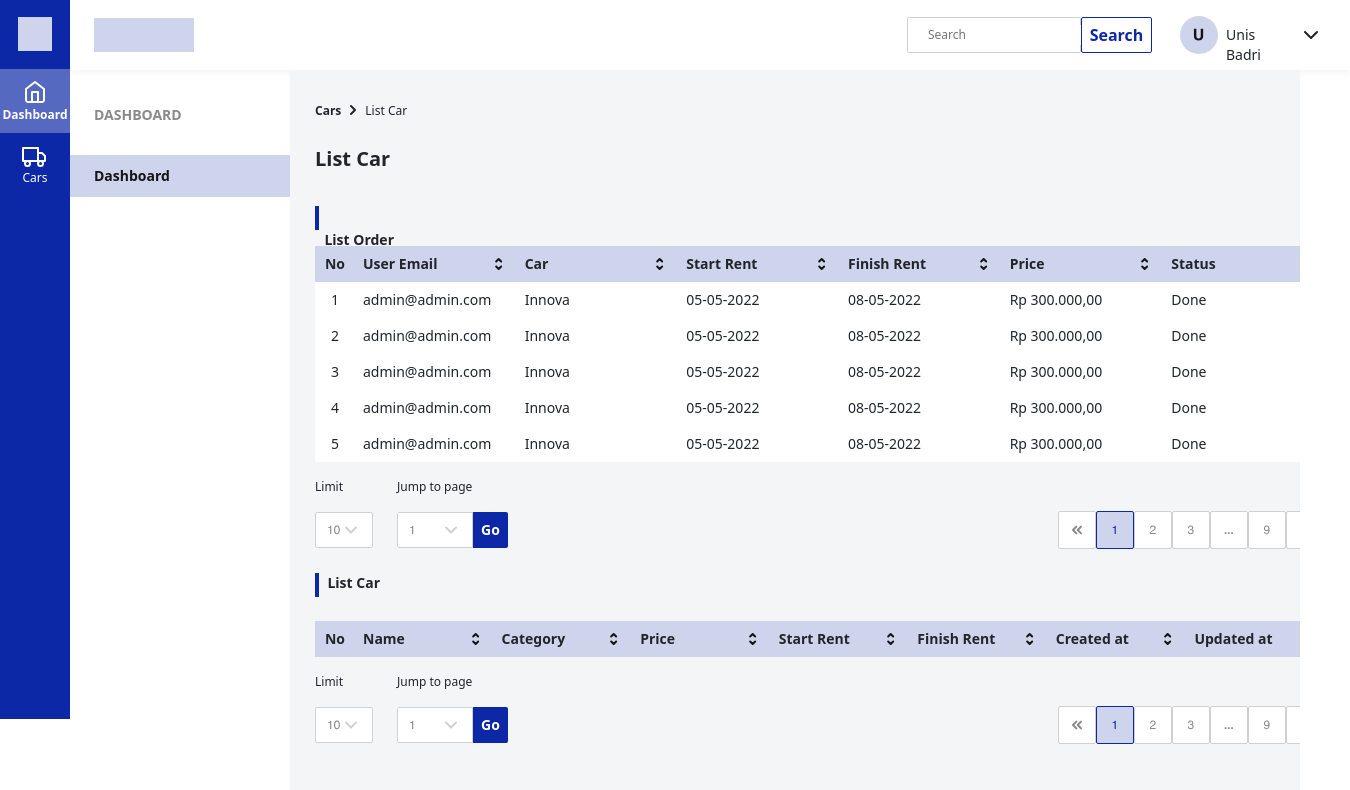
Repository: farrelmuhammad/challenge-7-binar
Page: /carlist
These files come from the project's save history. The page is drawn as it stood at one moment and after a run of saves; the edit follows.
The browser window is 1280 px wide. The page is 1350 px wide, so the pictures cover 1350 px, including what lies to the right of the window. The pictures show the whole page.
The project was rebuilt for these pictures with package versions that can differ from the ones it lists, and the page was loaded fresh each time. Also part of the build but not shown: src/component/navbar.js, src/component/header.js, src/component/footer.js, src/App.js, src/component/admin/Dashboard/index.jsx, src/pages/admin/Dashboard.js, src/component/searchForm.js, src/pages/cars.js.

Above is the page before, as saved 2022-05-27 19:21:05.

### src/index.css
body {
  font-family: Helvetica Neue, Helvetica, Arial, sans-serif;
  font-style: normal;
  font-weight: normal;
  font-size: 14px;
  line-height: 20px;
  margin: 0;
  padding: 0;
}

h1,
h2,
h3,
h4,
h5 {
  line-height: 150%;
}

.header{
  background-color: #F1F3FF;
}

.footer i {
  color: #0D28A6;
  font-size: x-large;
}

.bg-darkblue{
  background-color: #0D28A6;
}

.logo {
  background-color: #0D28A6;
  width: 100px;
  height: 34px;
}

code {
  font-family: source-code-pro, Menlo, Monaco, Consolas, 'Courier New',
    monospace;
}

.card-cari {
  width: 1047px;
  /* height: 106px; */
  margin-top: -50px;
  z-index: 2;
}
.button-cari {
  width: 92px !important;
  margin-top: 30px;
  height: 36px;
}
.activeCari {
  height: 100%;
  width: 0;
  position: fixed;
  z-index: 2;
  top: 0;
  left: 0;
  background-color: rgba(0, 0, 0, 0.5);
  overflow-x: hidden;
  transition: 0.5s;
  padding-top: 34px;
}

### src/component/admin/Navbar.jsx
import { Link } from 'react-router-dom';
import './Navbar.css';

const Navbar = () => {
  return (
    <header>
      {/* navbar top */}
      <div className="nav-top navbar">
        <div className="logo"></div>
        <span
          className="icon-menu iconify"
          data-icon="charm:menu-hamburger"
          data-width="24"
        ></span>
        <form className="nav-search d-flex">
          <div className="box-search">
            <span
              className="iconify"
              data-icon="akar-icons:search"
              data-width="18"
            ></span>
            <input type="search" placeholder="Search" />
          </div>
          <button className="button-search" type="submit">
            Search
          </button>
        </form>
        <div className="profile">
          <img src="img/profile.svg" alt="profile" />
          <p>Unis Badri</p>
          <img className="dropdown" src="img/dropdown.svg" alt="dropdown" />
        </div>
      </div>

      {/* navbar side */}
      <div className="nav-side">
        <div className="nav-blue">
          <div className="square"></div>
          <div className="frame-menu">
            <div className="dash-img" id="active">
              <a href="/dashboard">
                <img src="/img/dashboard.svg" alt="dashboard" />
              </a>
              <a href="/dashboard">Dashboard</a>
            </div>
            <div className="dash-img">
              <Link to="/carlist">
              <a>
                <img src="/img/cars.svg" alt="cars" />
                Cars
              </a>
              </Link>
            </div>
          </div>
        </div>
        <div className="nav-white">
          <div className="title-menu">
            <h1>DASHBOARD</h1>
          </div>
          <div className="list-menu">
            <h1>Dashboard</h1>
          </div>
        </div>
      </div>
    </header>
  );
};

export default Navbar;

### src/component/admin/Cars/index.jsx

import "./Content.css";

const CarsListContent= () => {
  const dataOrder = [
    {
      id: "1",
      email: "admin@admin.com",
      car: "Innova",
      start: "05-05-2022",
      finish: "08-05-2022",
      price: "Rp 300.000,00",
      status: "Done",
    },
    {
      id: "2",
      email: "admin@admin.com",
      car: "Innova",
      start: "05-05-2022",
      finish: "08-05-2022",
      price: "Rp 300.000,00",
      status: "Done",
    },
    {
      id: "3",
      email: "admin@admin.com",
      car: "Innova",
      start: "05-05-2022",
      finish: "08-05-2022",
      price: "Rp 300.000,00",
      status: "Done",
    },
    {
      id: "4",
      email: "admin@admin.com",
      car: "Innova",
      start: "05-05-2022",
      finish: "08-05-2022",
      price: "Rp 300.000,00",
      status: "Done",
    },
    {
      id: "5",
      email: "admin@admin.com",
      car: "Innova",
      start: "05-05-2022",
      finish: "08-05-2022",
      price: "Rp 300.000,00",
      status: "Done",
    },
  ];


  return (
    <>
      <div className="content">
        <div className="breadcrumb">
          <h1>Cars</h1>
          <img src="img/arrow-right.svg" alt="arrow-right" />
          <p>List Car</p>
        </div>
        <h1 className="title-h1">List Car</h1>
        <div className="list-order">
          <img src="img/line-blue.svg" alt="" />
          <h1>List Order</h1>
        </div>

        {/* order table */}
        <div className="list-table">
          <table className="table table-borderless" id="dashTab">
            <thead>
              <tr>
                <th style={{ textAlign: "center" }}>No</th>
                <th>
                  User Email
                  <img className="sort" src="img/sort.svg" alt="sort" />
                </th>
                <th>
                  Car
                  <img className="sort" src="img/sort.svg" alt="sort" />
                </th>
                <th>
                  Start Rent
                  <img className="sort" src="img/sort.svg" alt="sort" />
                </th>
                <th>
                  Finish Rent
                  <img className="sort" src="img/sort.svg" alt="sort" />
                </th>
                <th>
                  Price
                  <img className="sort" src="img/sort.svg" alt="sort" />
                </th>
                <th>
                  Status
                  <img className="sort" src="img/sort.svg" alt="sort" />
                </th>
              </tr>
            </thead>
            <tbody>
              {dataOrder?.map((order, i) => (
                <>
                  <tr key={order.id}>
                    <td style={{ textAlign: "center" }}>
                      {i + 1}
                    </td>
                    <td>{order.email}</td>
                    <td>{order.car}</td>
                    <td>{order.start}</td>
                    <td>{order.finish}</td>
                    <td>{order.price}</td>
                    <td>{order.status}</td>
                  </tr>
                </>
              ))}
            </tbody>
          </table>
        </div>

        {/* table navigation */}
        <div className="table-nav">
          <div className="limit-nav">
            <p>Limit</p>
            <img src="img/form-drop.svg" alt="form-drop" />
          </div>
          <div className="jump-nav">
            <p>Jump to page</p>
            <img src="img/form-drop-2.svg" alt="form-drop-2" />
          </div>
          <div className="go-nav">
            <h1>Go</h1>
          </div>
          <div className="page-number">
            <img src="img/page-number.svg" alt="page-number" />
          </div>
        </div>

        <div className="list-car">
          <img src="img/line-blue.svg" alt="" />
          <h1>List Car</h1>
        </div>
        {/* car table */}
        <div className="list-table">
          <table className="table table-borderless">
            <thead>
              <tr>
                <th style={{ textAlign: "center" }}>No</th>
                <th>
                  Name
                  <img className="sort" src="img/sort.svg" alt="sort" />
                </th>
                <th>
                  Category
                  <img className="sort" src="img/sort.svg" alt="sort" />
                </th>
                <th>
                  Price
                  <img className="sort" src="img/sort.svg" alt="sort" />
                </th>
                <th>
                  Start Rent
                  <img className="sort" src="img/sort.svg" alt="sort" />
                </th>
                <th>
                  Finish Rent
                  <img className="sort" src="img/sort.svg" alt="sort" />
                </th>
                <th>
                  Created at
                  <img className="sort" src="img/sort.svg" alt="sort" />
                </th>
                <th>
                  Updated at
                  <img className="sort" src="img/sort.svg" alt="sort" />
                </th>
              </tr>
            </thead>
            <tbody>
              {/* {dataCarAdmin?.map((car, i) => (
                <>
                  <tr>
                    <td key={car.id} style={{ textAlign: "center" }}>
                      {i + 1}
                    </td>
                    <td>{car.name}</td>
                    <td>{car.category}</td>
                    <td>{car.price}</td>
                    <td>{car.start_rent_at}</td>
                    <td>{car.finish_rent_at}</td>
                    <td>{car.createdAt}</td>
                    <td>{car.updatedAt}</td>
                  </tr>
                </>
              ))} */}
            </tbody>
          </table>
        </div>

        {/* table navigation */}
        <div className="table-nav">
          <div className="limit-nav">
            <p>Limit</p>
            <img src="img/form-drop.svg" alt="form-drop" />
          </div>
          <div className="jump-nav">
            <p>Jump to page</p>
            <img src="img/form-drop-2.svg" alt="form-drop-2" />
          </div>
          <div className="go-nav">
            <h1>Go</h1>
          </div>
          <div className="page-number">
            <img src="img/page-number.svg" alt="page-number" />
          </div>
        </div>
      </div>
    </>
  );
};

export default CarsListContent

### src/component/admin/Navbar.css
h1 {
    font-size: 14px;
    line-height: 20px;
}

header .nav-top {
    position: absolute;
    width: 1280px;
    height: 70px;
    left: 70px;
    right: 0;
    top: 0px;
    box-shadow: 0px 2px 8px rgba(0, 0, 0, 0.05);
}

header .nav-top .logo {
    position: absolute;
    width: 100px;
    height: 34px;
    left: 24px;
    top: 18px;
    background: #CFD4ED;
}

header .nav-top .icon-menu {
    position: absolute;
    width: 24px;
    height: 24px;
    left: 244px;
    top: 23px;
}

header .nav-top .nav-search {
    display: flex;
    flex-direction: row;
    align-items: flex-start;
    padding: 0px;
    position: absolute;
    width: 245px;
    height: 36px;
    left: 837px;
    top: 17px;
}

header .nav-top .nav-search .box-search {
    display: flex;
    flex-direction: row;
    align-items: center;
    padding-left: 12px;
    width: 174px;
    height: 36px;
    border: 1px solid #D0D0D0;
    border-radius: 2px;
    font-size: 12px;
    line-height: 18px;
    color: #8A8A8A;
}

header .nav-top .nav-search .box-search > input {
    border: none;
    outline: none;
    padding-left: 8px;
}

header .nav-top .nav-search .button-search {
    display: flex;
    flex-direction: row;
    justify-content: center;
    align-items: center;
    padding: 8px 12px;
    width: 71px;
    height: 36px;
    background-color: white;
    border: 1px solid #0D28A6;
    border-radius: 2px;
    font-weight: 700;
    color:#0D28A6;
}

header .nav-top .profile {
    display: flex;
    flex-direction: row;
    align-items: center;
    position: absolute;
    width: 143px;
    height: 38px;
    left: 1110px;
    right: 24px;
    top: 16px;
}

header .nav-top .profile > p {
    position: absolute;
    width: 65px;
    height: 20px;
    left: 46px;
    top: 9px;
    font-weight: 400;
    font-size: 14px;
    line-height: 20px;
}

header .nav-top .profile .dropdown {
    position: absolute;
    width: 24px;
    height: 24px;
    left: 119px;
    top: 7px;
}

header .nav-side {
    position: absolute;
    width: 290px;
    height: 100%;
    left: 0px;
    top: -1px;
}

header .nav-side .nav-blue {
    position: absolute;
    left: 0%;
    right: 75.86%;
    top: 0%;
    bottom: 0%;
    background: #0D28A6;
}

header .nav-side .nav-blue .square {
    position: absolute;
    width: 34px;
    height: 34px;
    left: 18px;
    top: 18px;
    background: #CFD4ED;
}

header .nav-side .nav-blue .frame-menu {
    display: flex;
    flex-direction: column;
    align-items: flex-start;
    padding: 0px;
    position: absolute;
    width: 70px;
    height: 128px;
    left: 0px;
    top: 70px;
}

header .nav-side .nav-blue .frame-menu .dash-img {
    display: flex;
    flex-direction: column;
    justify-content: center;
    align-items: center;
    padding: 20px 23px;
    position: static;
    width: 70px;
    height: 64px;
    left: 0px;
    top: 0px;
}

#active {
    font-weight: 700;
    background: rgba(255, 255, 255, 0.3);
}

header .nav-side .nav-blue .frame-menu .dash-img a {
    font-size: 12px;
    line-height: 18px;
    margin-top: 2px;
    text-decoration: none;
    color: white;
}

header .nav-side .nav-blue img:last-child {
    margin-top: 0;
}

header .nav-side .nav-white {
    position: absolute;
    left: 24.14%;
    right: 0%;
    top: 7.76%;
    bottom: 0.22%;
}

header .nav-side .nav-white .title-menu {
    position: absolute;
    width: 220px;
    height: 42px;
    left: 24px;
    top: 50px;
}

header .title-menu h1 {
    font-weight: 700;
    color: #8A8A8A;
    left: 24px;
}

header .nav-side .nav-white .list-menu {
    position: static;
    margin-top: 100px;
    width: 220px;
    height: 42px;
    padding: 11px 24px;
    background: #CFD4ED;
}

header .list-menu h1 {
    font-weight: 700;
    color: #151515;
    left: 24px;
}

### src/component/admin/Cars/Content.css
.content {
    position: absolute;
    overflow: auto;
    left: 290px;
    top: 70px;
    /* width: 1280px; */
    height: 100%;
    background: #F4F5F7;
    font-size: 14px;
    line-height: 20px;
}

.content .breadcrumb {
    position: absolute;
    width: 300px;
    height: 18px;
    left: 25px;
    top: 32px;
}

.content .breadcrumb > h1 {
    font-size: 12px;
    line-height: 18px;
    font-weight: 700;
}

.content .breadcrumb > p {
    font-size: 12px;
    line-height: 18px;
    font-weight: 300;
}

.content .breadcrumb > img {
    width: 16px;
    height: 16px;
    margin-left: 4px;
    margin-right: 4px;
}

.content .title-h1 {
    font-size: 20px;
    line-height: 30px;
    font-weight: 700;
    margin-left: 25px;
    margin-top:74px;
}

.content .list-order {
    margin-top: 24px;
    position: absolute;
    width: 79px;
    height: 24px;
    margin-left: 25px;
}

.content .list-order > img {
    width: 4px;
    height: 24px;
}

.content .list-order > h1 {
    float: right;
    font-weight: 700;
    margin-left: 8px;
}

.content .list-table table {
    margin-left: 25px;
    margin-top: 72px;
    width: 100%;
    table-layout: fixed;
    background-color: white;
    border: 1px solid none;
    border-radius: 2px;
}

.content .list-table table thead {
    background-color: rgba(207, 212, 237, 1);
    font-weight: 700;
}

.content .list-table table thead th:first-child {
    width: 40px;
}

.content .list-table table thead th > img {
    float: right;
}

.content .table-nav {
    display: flex;
    flex-direction: row;
    width: 1010px;
    font-size: 12px;
    line-height: 18px;
    font-weight: 300;
}

.content .table-nav .limit-nav{
    margin-left: 25px;
}

.content .table-nav .limit-nav p {
    font-size: 12px;
    line-height: 18px;
}

.content .table-nav .jump-nav {
    margin-left: 24px;
}

.content .table-nav .jump-nav p {
    font-size: 12px;
    line-height: 18px;
}

.content .table-nav .go-nav {
    width: 43px;
    height: 36px;
    margin-top: 34px;
    background: #0D28A6;
    border-radius: 0px 2px 2px 0px;
}

.content .table-nav .go-nav > h1 {
    text-align: center;
    font-weight: bold;
    color: white;
    padding: 8px 8px;
}

.content .table-nav .page-number {
    margin-top: 33px;
    margin-left: 550px;
}

.content .list-car {
    margin-top: 24px;
    position: absolute;
    width: 65px;
    height: 24px;
    margin-left: 25px;
}

.content .list-car > img {
    width: 4px;
    height: 24px;
}

.content .list-car > h1 {
    float: right;
    font-weight: 700;
    margin-left: 8px;
}

.content .title-button-car {
    display: inline-flex;
}

.content .title-button-car > h1 {
    margin-right: 800px;
}

.content .title-button-car > a img {
    margin-top: 74px;
}

.content .button-category {
    margin-top: 24px;
    margin-left: 8px;
    display: inline-flex;
}

.content .button-category img {
    margin-left: 16px;
}

.content .cars-card {
    width: 320px;
    height: 482px;
    margin-left: 25px;
    margin-top: 24px;
    box-shadow: 0px 0px 4px rgba(0, 0, 0, 0.15);
    border-radius: 8px;
}

.content .cars-card .card-img-top {
    width: 270px;
    height: 160px;
    margin: auto;
    margin-top: 55px;
}

.content .cars-card .card-body {
    padding: 24px;
}

.content .cars-card .card-body .bold-h1 {
    font-weight: 700;
    font-size: 16px;
    line-height: 24px;
    margin-bottom: 0;
}

.content .cars-card .card-body-text {
    display: inline-flex;
    width: 303px;
    height: 20px;
    margin-top: 16px;
}

.content .cars-card .card-body-text img {
    margin-right: 8px;
    width: 20px;
    height: 20px;
}

.content .cars-card .button-card {
    display: inline-flex;
    margin-left: 8px;
    margin-top: 24px;
}

.content .cars-card .button-card img {
    width: 120px;
}

.content .cars-card .button-card img:last-child {
    margin-left: 16px;
}

.content .form-add-new-car {
    width: 1010px;
    height: 350px;
    background: white;
    margin-top: 32px;
    margin-left: 25px;
}

.content .form-add-new-car .content-form {
    padding-top: 16px;
    padding-left: 25px;
    font-weight: 300;
    font-size: 12px;
    line-height: 18px;
}

.content .form-add-new-car .content-form label {
    width: 147px;
}

.content .form-add-new-car .content-form input {
    width: 339px;
    height:auto;
    border: 1px solid #D0D0D0;
    border-radius: 2px;
    color: #8A8A8A;
    font-weight: 300;
    font-size: 12px;
    line-height: 18px;
}

.content .form-add-new-car .content-form .content-box {
    margin-left: 4px;
}

.content .form-add-new-car .content-h1 h1 {
    display: inline-flex;
    margin-left: 25px;
    margin-top: 16px;
    font-weight: 300;
    font-size: 12px;
    line-height: 18px;
}

.content .form-add-new-car .content-h1 h1:first-child {
    width: 147px;
}

.content .form-add-new-car .content-h1 h1:last-child {
    margin-left: 8px;
}

.content .button-form {
    display: inline-flex;
    margin-left: 9px;
}

.content .button-form img {
    margin-left: 16px;
    margin-top: 282px;
    margin-bottom: 40px;
}

Loaded but not shown: public/index.html (common file); src/app/store.js (common file); src/reportWebVitals.js (common file); src/features/counter/counterAPI.js (common file); src/features/counter/counterSlice.js (73 lines, source omitted); src/index.js (26 lines, source omitted); src/Routes.js (23 lines, source omitted); src/pages/admin/CarsList.js (14 lines, source omitted); src/component/admin/Dashboard/Content.css (293 lines, source omitted)

After the next 2 saves:
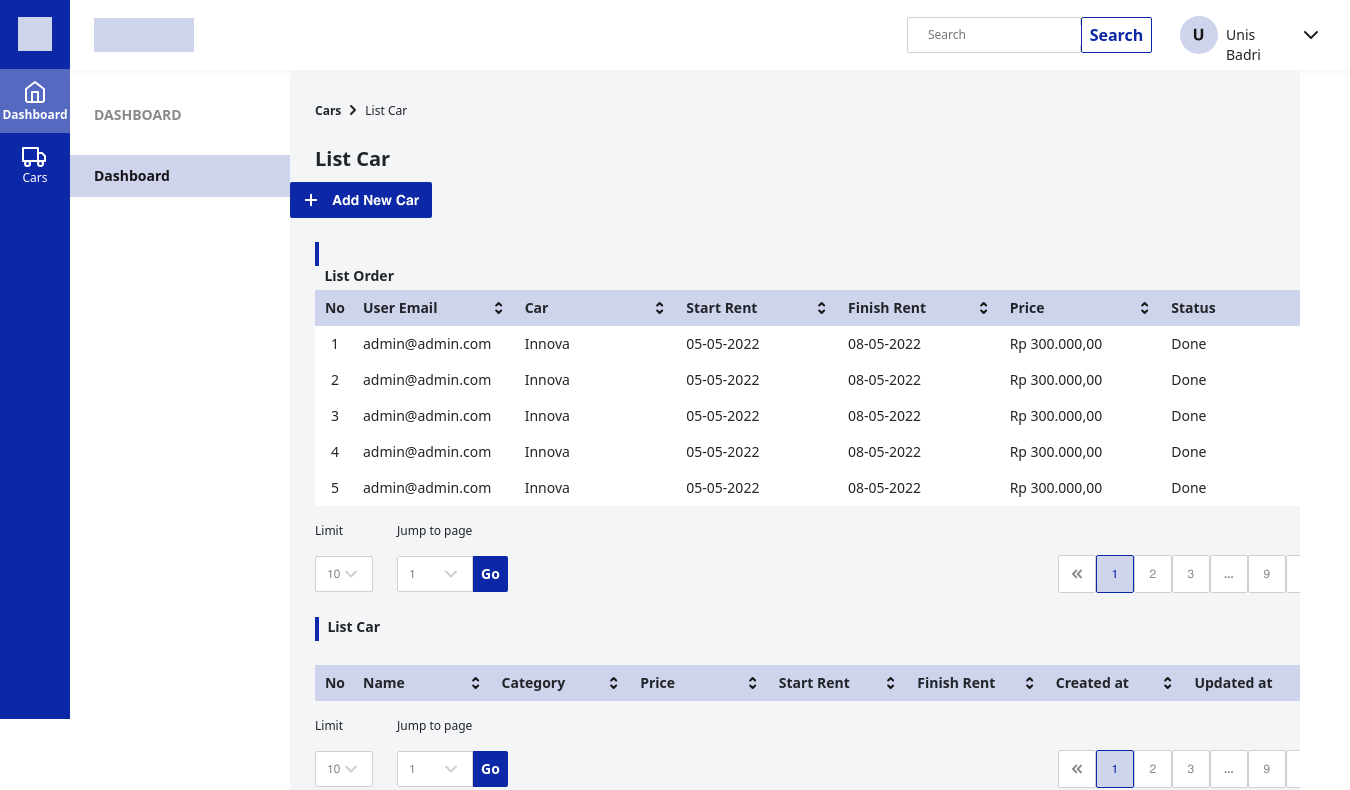
The 2 saves are shown as one change because 1 did not build or start.
The last was saved 7 min 30 s later.
--- a/src/component/admin/Cars/index.jsx
+++ b/src/component/admin/Cars/index.jsx
@@ -60,6 +60,9 @@ const CarsListContent= () => {
           <p>List Car</p>
         </div>
         <h1 className="title-h1">List Car</h1>
+        <div className="col">
+            <img src="img/btn-addcar.svg" alt="add new"/>
+        </div>
         <div className="list-order">
           <img src="img/line-blue.svg" alt="" />
           <h1>List Order</h1>
